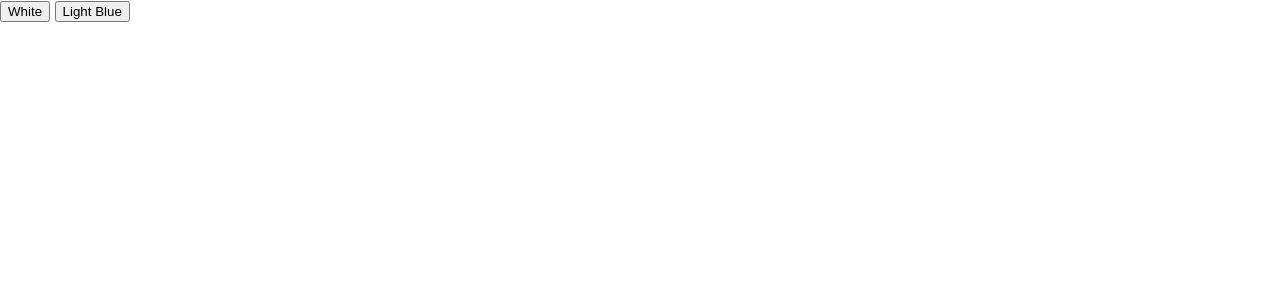
Repository: Jay1161/FSWD
Page: / (app in Week-12/frontend/cookies/)
The author's editor kept a copy of each file at every save. The page is drawn from the files as they stood at one save, then again after a run of saves.
The browser window is 1280 px wide. The pictures show the whole page.
The project was rebuilt for these pictures with package versions that can differ from the ones it lists, and the page was loaded fresh each time.

Above is the page before, as saved 2023-09-27 17:50:27.

### Week-12/frontend/cookies/src/index.js
import React from 'react';
import ReactDOM from 'react-dom/client';
import './index.css';
import reportWebVitals from './reportWebVitals';
//import App from './App';
//import Cookies from './cookies';
import Cookies1 from './cookies';

const root = ReactDOM.createRoot(document.getElementById('root'));
root.render(
  <React.StrictMode>
    <Cookies1 />
  </React.StrictMode>
);

// If you want to start measuring performance in your app, pass a function
// to log results (for example: reportWebVitals(console.log))
// or send to an analytics endpoint. Learn more: https://bit.ly/CRA-vitals
reportWebVitals();

### Week-12/frontend/cookies/src/cookies.jsx
import React, { useState, useEffect } from "react";
import Cookies from "js-cookie";

function Cookies1() {
  const [backgroundColor, setBackgroundColor] = useState("white");
  useEffect(() => {
    const savedBackgroundColor = Cookies.get("background-color");
    if (savedBackgroundColor) {
      setBackgroundColor(savedBackgroundColor);
    }
  }, []);
  const changeBackgroundColor = (color) => {
    setBackgroundColor(color);
    Cookies.set("background-color", color, { expires: 7 });
  };
  return (
    <div style={{ backgroundColor }}>
      <button onClick={() => changeBackgroundColor("white")}>White</button>{" "}
      <button onClick={() => changeBackgroundColor("lightblue")}>
        Light Blue
      </button>
    </div>
  );
}
export default Cookies1;

Loaded but not shown: Week-12/frontend/cookies/public/index.html (common file); Week-12/frontend/cookies/src/index.css (common file); Week-12/frontend/cookies/src/reportWebVitals.js (common file); Week-12/frontend/cookies/src/App.css (common file)

After the next 3 saves:
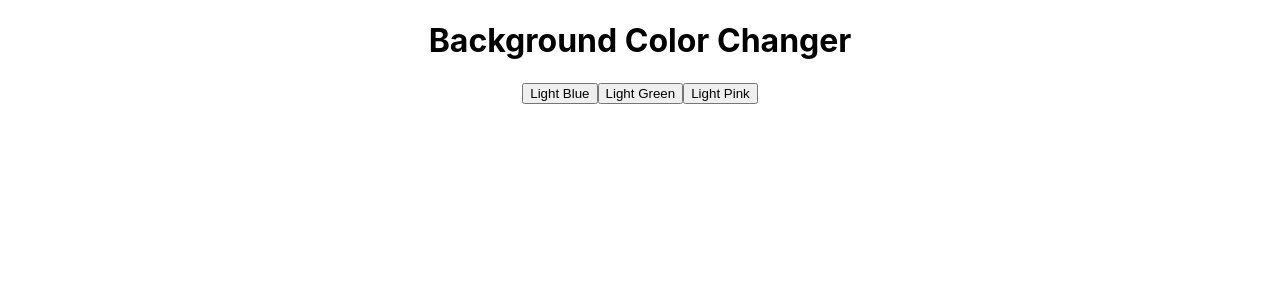
The 3 saves are shown as one change because 1 did not build or start and some came seconds apart.
The last was saved 7 min 24 s later.
--- a/Week-12/frontend/cookies/src/cookies.jsx
+++ b/Week-12/frontend/cookies/src/cookies.jsx
@@ -1,25 +1,46 @@
-import React, { useState, useEffect } from "react";
-import Cookies from "js-cookie";
+// client/src/App.js
 
-function Cookies1() {
-  const [backgroundColor, setBackgroundColor] = useState("white");
+import React, { useState, useEffect } from 'react';
+import './App.css';
+
+function Cookies() {
+  const [backgroundColor, setBackgroundColor] = useState('');
+
   useEffect(() => {
-    const savedBackgroundColor = Cookies.get("background-color");
+    // Retrieve the backgroundColor cookie when the component mounts
+    const savedBackgroundColor = getCookie('backgroundColor');
     if (savedBackgroundColor) {
       setBackgroundColor(savedBackgroundColor);
     }
   }, []);
-  const changeBackgroundColor = (color) => {
+
+  // Function to set the backgroundColor cookie on button click
+  const setCookieAndBackgroundColor = (color) => {
+    document.body.style.backgroundColor = color;
+    document.cookie = `backgroundColor=${color}`;
     setBackgroundColor(color);
-    Cookies.set("background-color", color, { expires: 7 });
   };
+
+  // Function to retrieve a cookie by name
+  const getCookie = (name) => {
+    const cookies = document.cookie.split(';');
+    for (const cookie of cookies) {
+      const [cookieName, cookieValue] = cookie.trim().split('=');
+      if (cookieName === name) {
+        return cookieValue;
+      }
+    }
+    return null;
+  };
+
   return (
-    <div style={{ backgroundColor }}>
-      <button onClick={() => changeBackgroundColor("white")}>White</button>{" "}
-      <button onClick={() => changeBackgroundColor("lightblue")}>
-        Light Blue
-      </button>
+    <div className="App">
+      <h1>Background Color Changer</h1>
+      <button onClick={() => setCookieAndBackgroundColor('lightblue')}>Light Blue</button>
+      <button onClick={() => setCookieAndBackgroundColor('lightgreen')}>Light Green</button>
+      <button onClick={() => setCookieAndBackgroundColor('lightpink')}>Light Pink</button>
     </div>
   );
 }
-export default Cookies1;
+
+export default Cookies;
